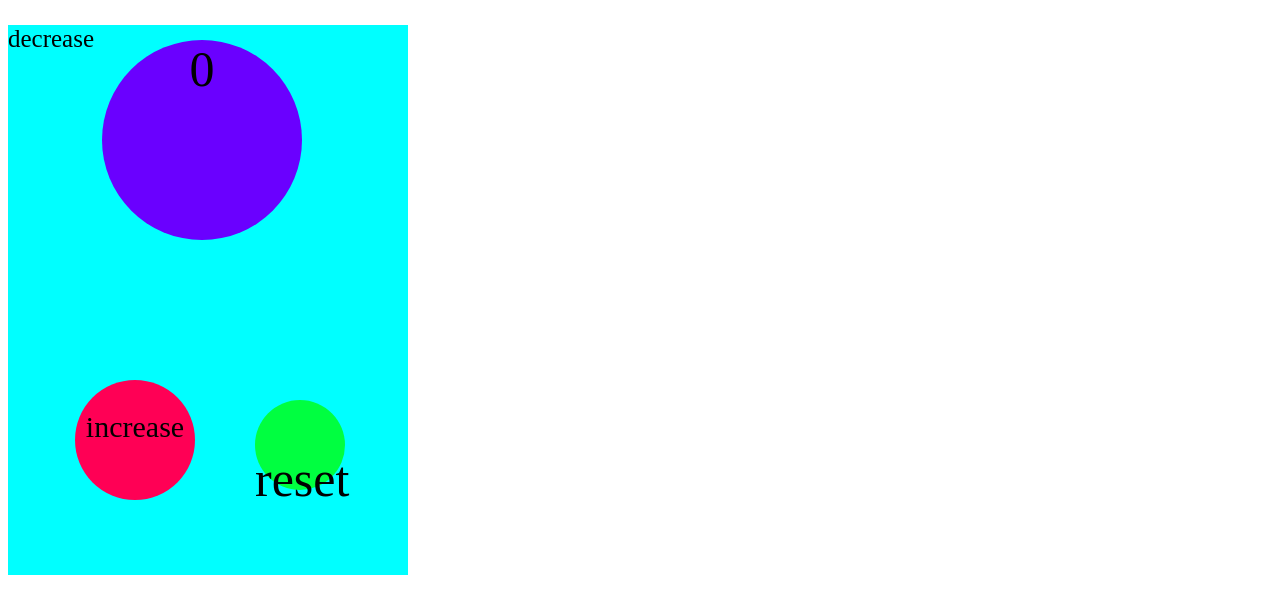
Repository: sara55m/Counter_App
Page: index.html
These files come from the project's save history. The page is drawn as it stood at one moment and after the next save; the edit follows.
The browser window is 1280 px wide. The pictures show the whole page.

Above is the page before, as saved 2024-07-30 03:31:43.

### index.html
<!DOCTYPE html>
<html lang="en">
<head>
    <meta charset="UTF-8">
    <meta name="viewport" content="width=device-width, initial-scale=1.0">
    <title>Document</title>
    <link rel="stylesheet" href="css/style.css">
</head>
<body>
    <div class="container">
        <div class="main" id="main"></div>
        <div class="increase" id="increase" onclick="increase()"><p class="first">increase</p></div>
        <div class="decrease" id="decrease" onclick="increase()"><p class="second">decrease</p></div>
        <div class="reset" onclick="reset_1()"><p class="third">reset</p></div>
    </div>
    <script src="js/script.js"></script>
</body>
</html>

### css/style.css
.container{
    height:550px;
    width:400px;
    background-color: aqua;
}

.main{
    position:absolute;
    top:40px;
    left:102px;
    height:200px;
    width:200px;
    border-radius: 50%;
    background-color: rgb(106, 0, 255);
    text-align: center;
    font-size: 50px;
}


.increase{
    position:absolute;
    top:380px;
    left:75px;
    height:120px;
    width:120px;
    border-radius: 50%;
    background-color: rgb(255, 0, 85);
    text-align: center;
    font-size: 50px;
}
p.first{
    font-size: 30px;;
}

.reset{
    position:absolute;
    top:400px;
    left:255px;
    height:90px;
    width:90px;
    border-radius: 50%;
    background-color: rgb(0, 255, 64);
    text-align: center;
    font-size: 50px;
}

p.second{
    font-size: 25px;;
}

### js/script.js
let count=0;
let count1=0;
document.getElementById("main").innerHTML=count1;
function increase(){
    count+=1;
    count1+=1;
    //document.getElementById("increase").innerHTML=count;
    document.getElementById("main").innerHTML=count1;

}

function reset_1(){
    let count=0;
    let x=document.getElementById("main").innerHTML=count;

}

After the next save:
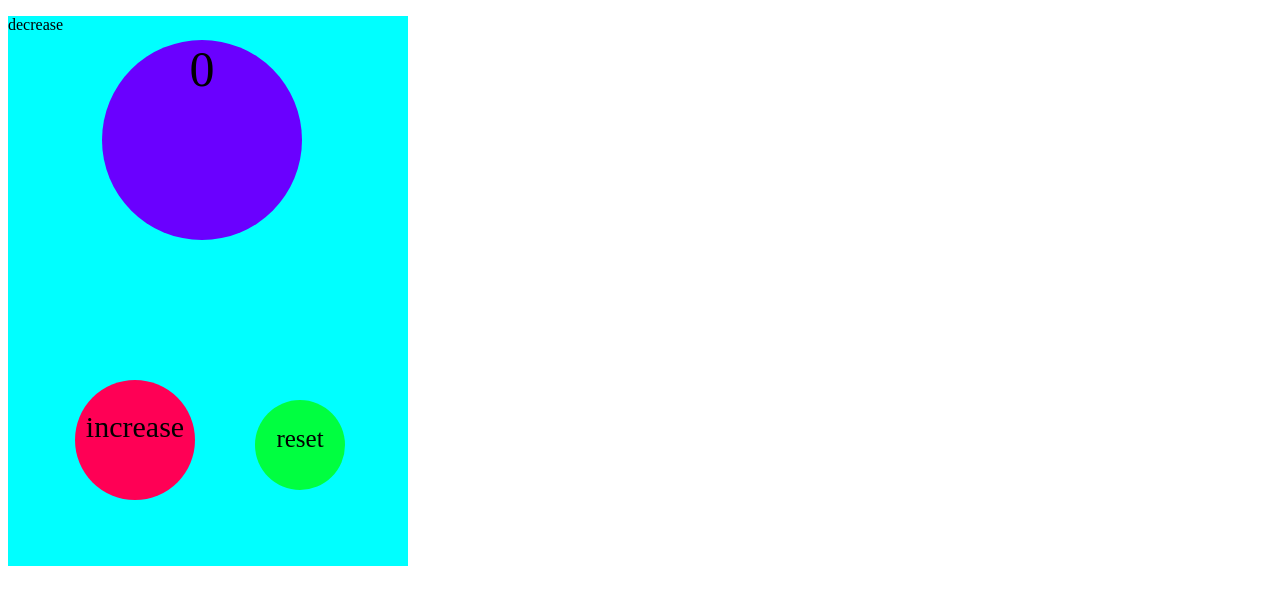
Saved 9 s later.
--- a/css/style.css
+++ b/css/style.css
@@ -44,6 +44,6 @@ p.first{
     font-size: 50px;
 }
 
-p.second{
+p.third{
     font-size: 25px;;
 }
